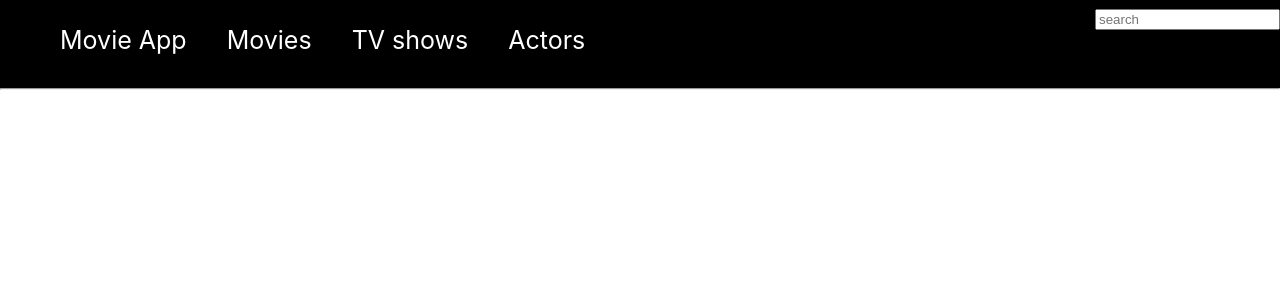
Repository: manahiang/MovieMana
Page: / (app in src/)
These files come from the project's save history. The page is drawn as it stood at one moment and after the next save; the edit follows.
The browser window is 1280 px wide. The pictures show the whole page.
The project was rebuilt for these pictures with package versions that can differ from the ones it lists, and the page was loaded fresh each time. Also part of the build but not shown: src/src/App.css.

Above is the page before, as saved 2022-11-14 10:42:34.

After the next save:
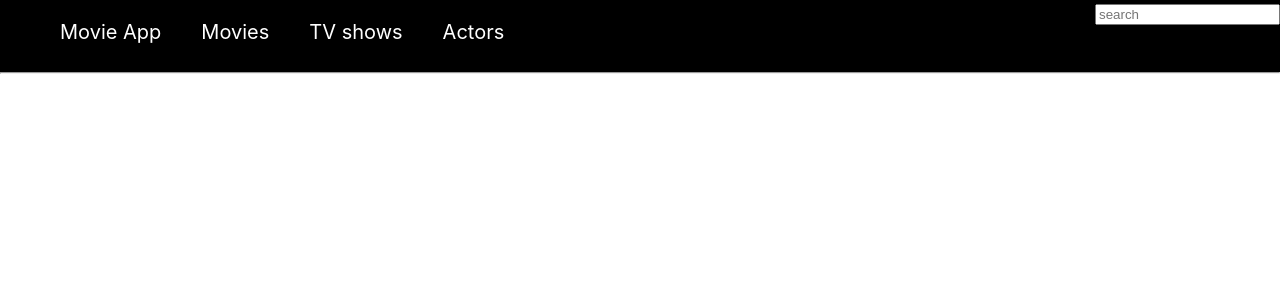
Saved 7 s later.
--- a/src/src/index.css
+++ b/src/src/index.css
@@ -15,7 +15,7 @@ body {
 .navbar{
   display: flex;
   justify-content: space-between;
-  font-size: 25px;
+  font-size: 20px;
 }
 .menu ul li{
   display: inline;
